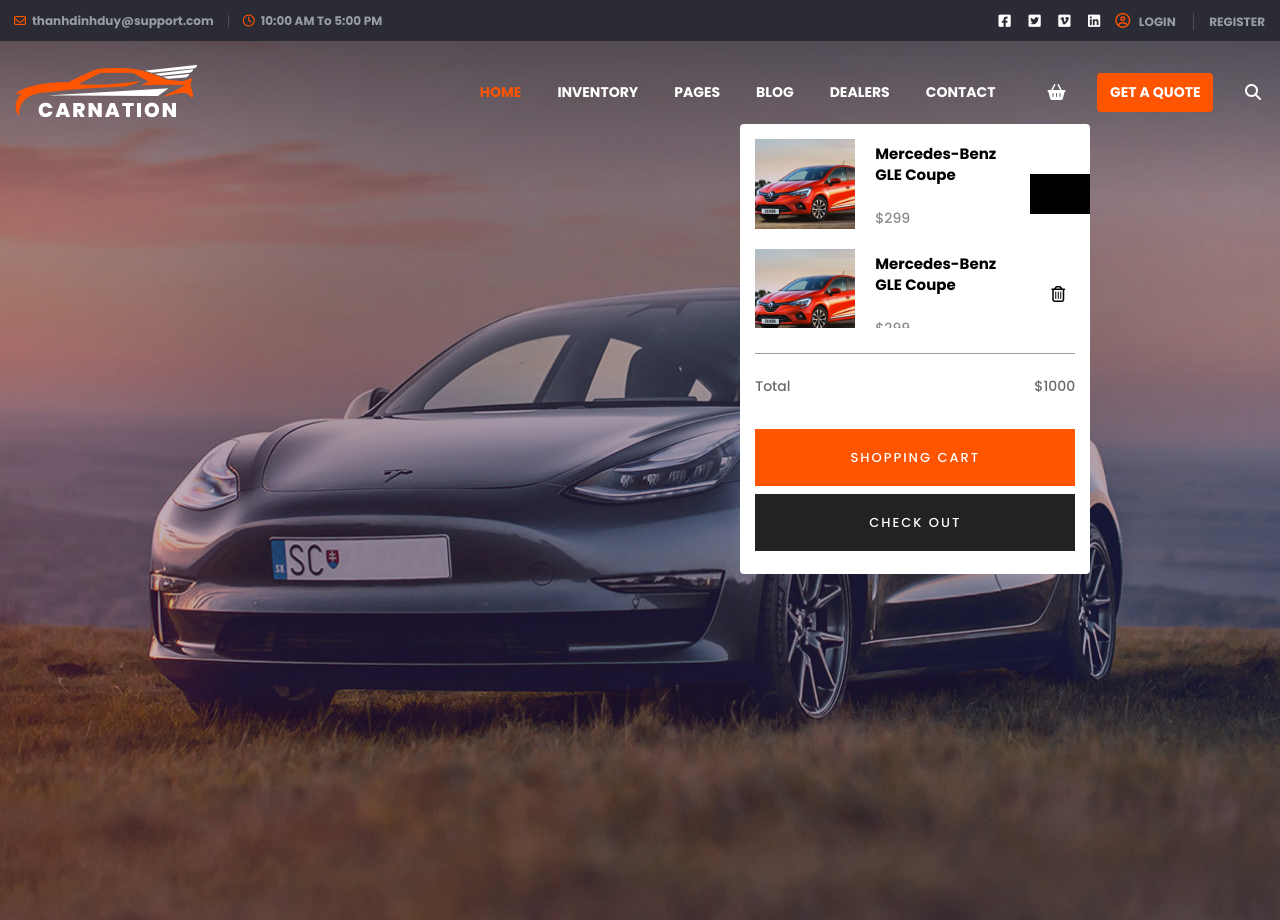
Repository: thanhdinh01/shopcar
Page: index.html
An editor plug-in stored every save of this project. The page is shown before and after the next save, followed by the edit.
The browser window is 1280 px wide. The pictures show the whole page.
Some web libraries are served in a nearby version. The style sheet was rebuilt from its Sass, Less or Tailwind sources for each picture, by a compiler version that may differ from the author's.

Above is the page before, as saved 2022-08-10 21:26:26.

### index.html
<!DOCTYPE html>
<html lang="en">
  <head>
    <meta charset="UTF-8" />
    <meta http-equiv="X-UA-Compatible" content="IE=edge" />
    <meta name="viewport" content="width=device-width, initial-scale=1.0" />
    <title>Increase follower on social media</title>
    <link
      rel="stylesheet"
      href="https://cdnjs.cloudflare.com/ajax/libs/font-awesome/6.1.2/css/all.min.css"
      integrity="sha512-1sCRPdkRXhBV2PBLUdRb4tMg1w2YPf37qatUFeS7zlBy7jJI8Lf4VHwWfZZfpXtYSLy85pkm9GaYVYMfw5BC1A=="
      crossorigin="anonymous"
      referrerpolicy="no-referrer"
    />
    <link
      href="https://fonts.googleapis.com/css2?family=Poppins:wght@300;400;500;600;700&display=swap"
      rel="stylesheet"
    />
    <link rel="stylesheet" href="./css/reset.css" />
    <link rel="stylesheet" href="./css/style.css" />
  </head>

  <body>
    <div class="main">
      <!-- HEADER -->
      <header class="header">
        <div class="header-top">
          <div class="container">
            <div class="header-top-container dflex">
              <ul class="header-top-left">
                <li>
                  <i class="fa-regular fa-envelope"></i>
                  <p>thanhdinhduy@support.com</p>
                </li>
                <li>
                  <i class="fa-regular fa-clock"></i>
                  <p>10:00 AM To 5:00 PM</p>
                </li>
              </ul>
              <ul class="header-top-right">
                <li class="header-contact">
                  <a href="#"><i class="fa-brands fa-square-facebook"></i></a>
                  <a href="#"><i class="fa-brands fa-square-twitter"></i></a>
                  <a href="#"><i class="fa-brands fa-square-vimeo"></i></a>
                  <a href="#"><i class="fa-brands fa-linkedin"></i></a>
                </li>
                <li class="header-login">
                  <a href="#" class="login">
                    <i class="fa-regular fa-circle-user"></i> LOGIN
                  </a>
                  <a href="#" class="logup"> REGISTER </a>
                </li>
              </ul>
            </div>
          </div>
        </div>
        <div class="header-navigation">
          <div class="container p15 dflex">
            <div class="nav-logo">
              <a href="#" class="logo-link">
                <img src="./images/header/logo.png" alt="logo" />
              </a>
            </div>
            <div class="nav-total dflex">
              <ul class="nav-list dflex">
                <li class="nav-item active">
                  <a href="#">HOME</a>
                </li>
                <li class="nav-item">
                  <a href="#">INVENTORY </a>
                  <ul class="sub-list">
                    <li class="sub-item">
                      <a href="#">Inventory List</a>
                    </li>
                    <li class="sub-item">
                      <a href="#">Inventory Details</a>
                    </li>
                  </ul>
                </li>
                <li class="nav-item">
                  <a href="#">PAGES</a>
                  <ul class="sub-list">
                    <li class="sub-item">
                      <a href="#">About us</a>
                    </li>
                    <li class="sub-item">
                      <a href="#">Loan Calculator</a>
                    </li>
                    <li class="sub-item">
                      <a href="#">Login Page</a>
                    </li>
                  </ul>
                </li>
                <li class="nav-item">
                  <a href="#">BLOG</a>
                  <ul class="sub-list">
                    <li class="sub-item">
                      <a href="#">Our Blog</a>
                    </li>
                    <li class="sub-item">
                      <a href="#">Blog Details</a>
                    </li>
                  </ul>
                </li>
                <li class="nav-item">
                  <a href="#">DEALERS</a>
                </li>
                <li class="nav-item">
                  <a href="#">CONTACT</a>
                </li>
              </ul>
              <ul class="nav-interact dflex">
                <li class="cart">
                  <a href="#" class="cart-link">
                    <i class="fa-solid fa-basket-shopping"></i>
                  </a>
                  <div class="cart-wrap">
                    <div class="cart-top">
                      <div class="cart-item">
                        <a href="#" class="product-img">
                          <img
                            src="./images/latest-car/t_released_cars_thumb01.jpg"
                            alt=""
                          />
                        </a>
                        <div class="product-desc">
                          <a href="#" class="product-title"
                            >Mercedes-Benz GLE Coupe</a
                          >
                          <span class="product-price">$299</span>
                        </div>
                        <div class="delete-item">
                          <i class="fa-regular fa-trash-can"></i>
                        </div>
                      </div>
                      <div class="cart-item">
                        <a href="#" class="product-img">
                          <img
                            src="./images/latest-car/t_released_cars_thumb01.jpg"
                            alt=""
                          />
                        </a>
                        <div class="product-desc">
                          <a href="#" class="product-title">
                            Mercedes-Benz GLE Coupe
                          </a>
                          <span class="product-price">$299</span>
                        </div>
                        <div class="delete-item">
                          <i class="fa-regular fa-trash-can"></i>
                        </div>
                      </div>
                      <div class="cart-item">
                        <a href="#" class="product-img">
                          <img
                            src="./images/latest-car/t_released_cars_thumb01.jpg"
                            alt=""
                          />
                        </a>
                        <div class="product-desc">
                          <a href="#" class="product-title"
                            >Mercedes-Benz GLE Coupe Benz GLE Coupe</a
                          >
                          <span class="product-price">$299</span>
                        </div>
                        <div class="delete-item">
                          <i class="fa-regular fa-trash-can"></i>
                        </div>
                      </div>
                      <div class="cart-item">
                        <a href="#" class="product-img">
                          <img
                            src="./images/latest-car/t_released_cars_thumb01.jpg"
                            alt=""
                          />
                        </a>
                        <div class="product-desc">
                          <a href="#" class="product-title"
                            >Mercedes-Benz GLE Coupe</a
                          >
                          <span class="product-price">$299</span>
                        </div>
                        <div class="delete-item">
                          <i class="fa-regular fa-trash-can"></i>
                        </div>
                      </div>
                    </div>
                    <div class="cart-bottom">
                      <div class="cart-bottom-price">
                        <p>Total</p>
                        <span>$1000</span>
                      </div>
                      <div class="cart-bottom-buying">
                        <button class="button buy-now">SHOPPING CART</button>
                        <button class="button check-out">CHECK OUT</button>
                      </div>
                    </div>
                  </div>
                </li>
                <li class="quote">
                  <button class="button">GET A QUOTE</button>
                </li>
                <li class="search">
                  <i class="fa-solid fa-magnifying-glass"></i>
                </li>
              </ul>
            </div>
          </div>
        </div>
        <div class="header-main"></div>
        <div class="header-selection"></div>
      </header>
    </div>
  </body>
</html>

### css/style.scss
@import "reset";
@import "variables";
@import "global";
@import "header";

### css/_variables.scss
$primaryColor: #ff5400;
$blackColor: #000;
$whiteColor: #fff;
$textColor: #9c9c9c;

### css/_global.scss
body,
*,
html {
  font-family: "Poppins", sans-serif;
  font-size: 62.5%;
  box-sizing: border-box;
}

.container {
  max-width: 1440px;
  margin: 0 auto;
}

.dflex {
  display: flex;
  justify-content: space-between;
  align-items: center;
}

.button {
  outline: none;
  border: none;
  color: $whiteColor;
  background-color: $primaryColor;
  line-height: 1;
  cursor: pointer;
}

.p15 {
  padding: 0 15px;
}

### css/_header.scss
.header {
  background: url("../images/header/banner_bg02.jpg") center/ cover no-repeat;
  height: 920px;
  .header-top {
    max-width: 100%;
    height: 41px;
    background-color: #2b2b35;
    color: #979da0;
    font-size: 1.2rem;
    font-weight: 700;
    &-container,
    .container {
      height: 100%;
    }
    &-left {
      display: flex;
      li:first-child {
        border-right: 1px solid #4f4f4f;
      }
      li {
        display: flex;
        align-items: center;
        padding: 0 14px;
        i {
          color: $primaryColor;
          margin-right: 6px;
        }
      }
    }
    &-right {
      display: flex;
      align-items: center;
      .header-contact {
        a {
          color: $whiteColor;
          margin-left: 15px;
          font-size: 1.4rem;
          text-decoration: none;
          i {
            display: inline-block;
          }
          &:hover {
            color: $primaryColor;
          }
        }
      }
      .header-login {
        a {
          text-decoration: none;
          color: #979da0;
          padding: 0 15px;
          font-size: 12px;
          &:first-child {
            padding-right: 15px;
            border-right: 1px solid #4f4f4f;
            i {
              color: $primaryColor;
              margin-right: 6px;
              font-size: 1.5rem;
            }
          }
          &:hover {
            color: $primaryColor;
          }
        }
      }
    }
  }
  .header-navigation {
    padding-top: 24px;
    position: relative;
    &::after {
      content: "";
      position: absolute;
      left: 0;
      top: 0;
      width: 100%;
      height: 156px;
      background: linear-gradient(to bottom, #151515, transparent);
      opacity: 0.47;
    }
    .nav-logo,
    .nav-total {
      z-index: 1;
    }
    .nav-list {
      margin-right: 30px;
      .nav-item.active {
        a {
          color: $primaryColor;
        }
      }
      .nav-item {
        position: relative;
        a {
          padding: 20px 18px;
          display: inline-block;
          text-decoration: none;
          font-size: 14px;
          font-weight: 700;
          color: $whiteColor;
          &:hover {
            color: $primaryColor;
          }
        }
        &:hover .sub-list {
          opacity: 1;
          visibility: visible;
          transform: scale(1);
        }
        .sub-list {
          position: absolute;
          top: 100%;
          left: 0;
          width: 200px;
          padding: 15px 0;
          background-color: $whiteColor;
          box-shadow: 0px 30px 70px 0px rgb(137 139 142 / 15%);
          transform: scale(1, 0);
          transform-origin: 0 0;
          opacity: 0;
          visibility: hidden;
          transition: all 0.3s ease-in-out;
          .sub-item a {
            color: $blackColor;
            display: block;
            padding: 16px 18px;
            &:hover {
              color: $primaryColor;
            }
          }
        }
      }
    }
    .nav-interact {
      gap: 0 28px;
      .cart {
        position: relative;
        .cart-link {
          display: block;
          padding: 4px;
          i {
            font-size: 1.6rem;
            color: $whiteColor;
          }
        }
        .cart-wrap {
          position: absolute;
          right: -80%;
          top: calc(100% + 20px);
          height: 450px;
          width: 350px;
          padding: 15px;
          display: flex;
          flex-direction: column;
          justify-content: space-between;
          background-color: $whiteColor;
          border-radius: 4px;
          &::before {
            content: "";
            position: absolute;
            right: 0;
            top: 50px;
            height: 40px;
            width: 60px;
            background: black;
          }
          .cart-top {
            max-height: 45%;
            width: 100%;
            overflow: auto;
            flex-shrink: 0;
            .cart-item {
              display: flex;
              // align-items: center;
              gap: 0 20px;
              margin-bottom: 20px;
              .product-img {
                width: 100px;
                height: 90px;
                display: block;
                flex-shrink: 0;
                img {
                  width: 100%;
                  height: 100%;
                  object-fit: cover;
                  display: block;
                }
              }
              .product-desc {
                display: flex;
                flex-direction: column;
                margin: 4px 0;
                .product-title {
                  display: block;
                  font-size: 1.5rem;
                  font-weight: 700;
                  text-decoration: none;
                  color: $blackColor;
                  line-height: 1.4;
                  &:hover {
                    color: $primaryColor;
                  }
                }
                .product-price {
                  display: block;
                  color: #8b8b8b;
                  font-size: 1.4rem;
                  font-weight: 500;
                  margin-top: auto;
                }
              }
              .delete-item {
                display: flex;
                align-items: center;
              }
              i {
                font-size: 1.6rem;
                padding: 0 10px;
                cursor: pointer;
                &:hover {
                  color: $primaryColor;
                }
              }
            }
          }
          .cart-bottom {
            margin-top: 25px;
            flex: 1;
            border-top: 1px solid $textColor;
            display: flex;
            flex-direction: column;
            &-price {
              font-size: 1.4rem;
              font-weight: 500;
              color: #6a6a6a;
              display: flex;
              justify-content: space-between;
              margin: 25px 0;
            }
            &-buying {
              // display: flex;
              // flex-direction: column;
              margin-top: auto;
              .button {
                display: block;
                padding: 22px;
                width: 100%;
                margin: 8px 0;
                font-size: 1.3rem;
                font-weight: 500;
                letter-spacing: 2px;
              }
              .check-out {
                background-color: #222;
                &:hover {
                  opacity: 0.9;
                }
              }
              .buy-now:hover {
                opacity: 0.9;
              }
            }
          }
        }
      }
      .quote {
        button {
          color: $whiteColor;
          font-size: 1.4rem;
          font-weight: 700;
          padding: 12.5px;
          border-radius: 4px;
          min-width: 44px;
          cursor: pointer;
          transition: all 0.3s ease;
          &:hover {
            background-color: $blackColor;
          }
        }
      }
      .search {
        i {
          display: block;
          font-size: 1.6rem;
          padding: 4px;
          color: $whiteColor;
          cursor: pointer;
        }
      }
    }
  }
}

Loaded but not shown: css/reset.css (common file); css/_reset.scss (common file)

After the next save:
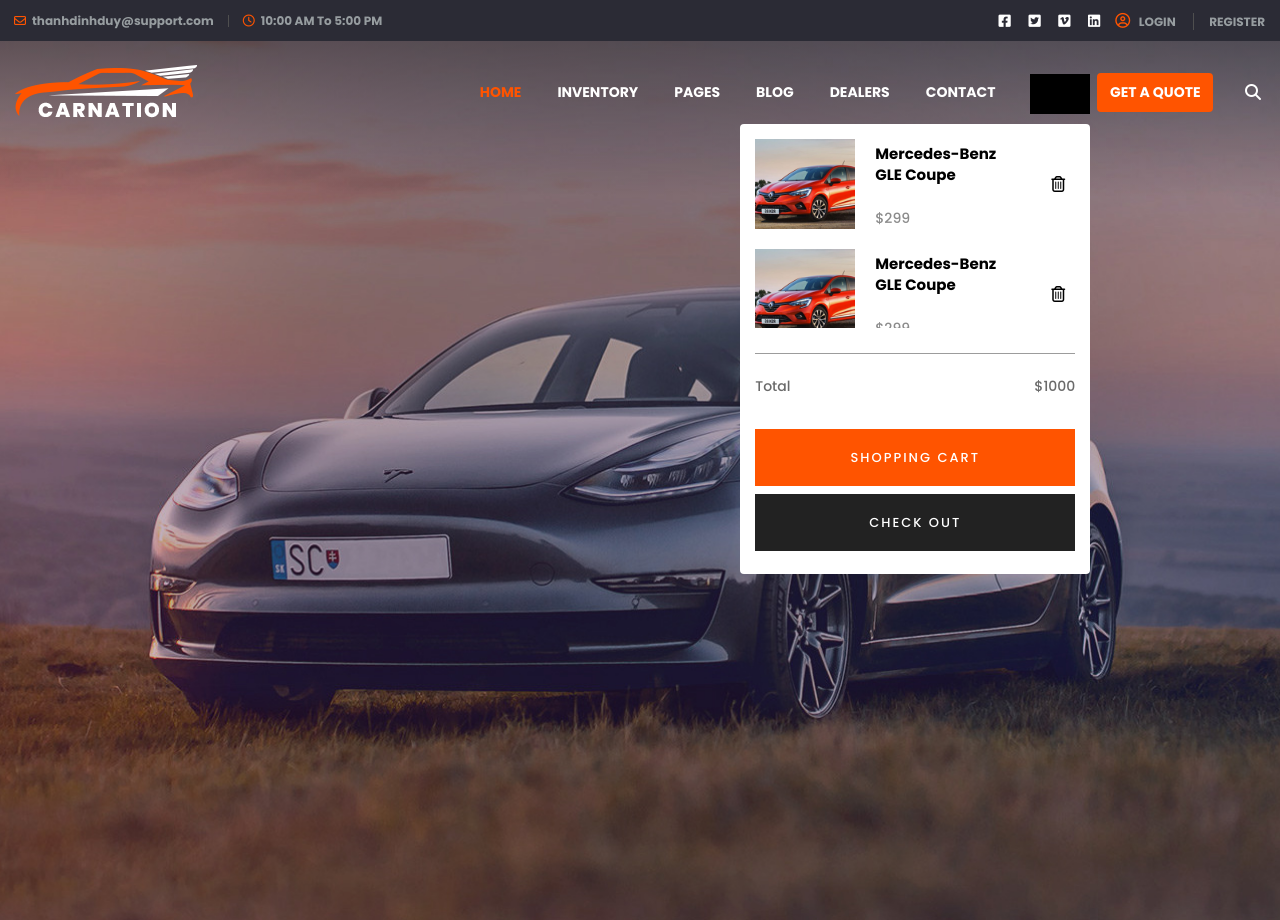
Saved 8 s later.
--- a/css/_header.scss
+++ b/css/_header.scss
@@ -160,7 +160,7 @@
             content: "";
             position: absolute;
             right: 0;
-            top: 50px;
+            top: -50px;
             height: 40px;
             width: 60px;
             background: black;
